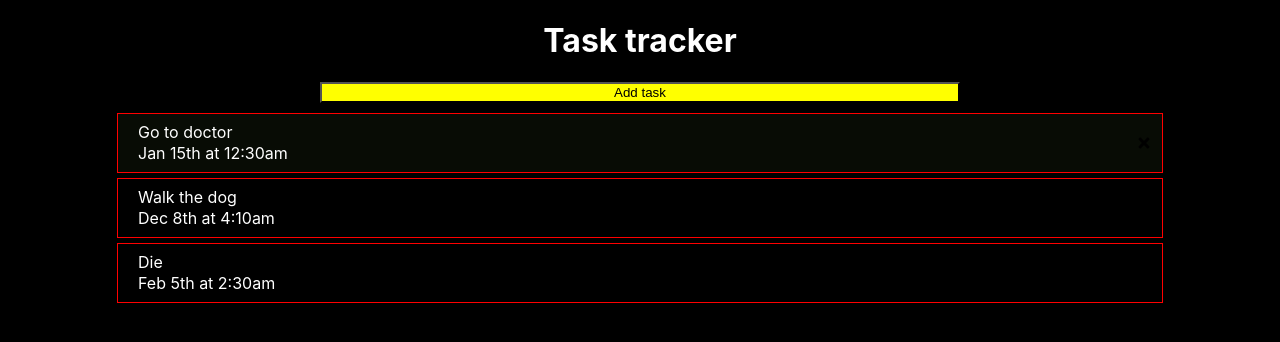
Repository: roscaImarius/task-tracker-react
Page: /
These files come from the project's save history. The page is drawn as it stood at one moment and after the next save; the edit follows.
The browser window is 1280 px wide. The pictures show the whole page.
The project was rebuilt for these pictures with package versions that can differ from the ones it lists, and the page was loaded fresh each time. Also part of the build but not shown: src/components/AddTask.js.

Above is the page before, as saved 2021-03-31 12:49:37.

After the next save:
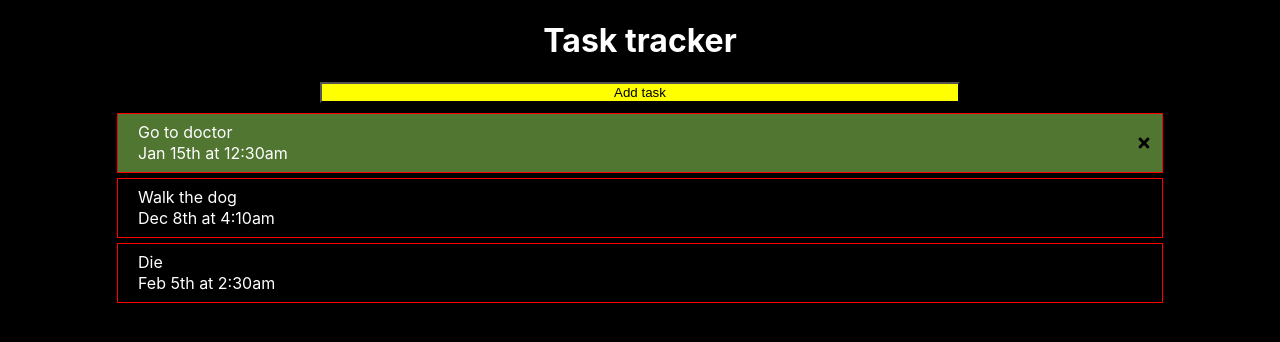
Saved 4 s later.
--- a/src/App.css
+++ b/src/App.css
@@ -34,7 +34,7 @@ body {
   padding: 5px;
 }
 .marked {
-  background-color: rgba(161, 236, 100, 0.05);
+  background-color: rgba(161, 236, 100, 0.5);
 }
 /* FORM */
 .form-field {
